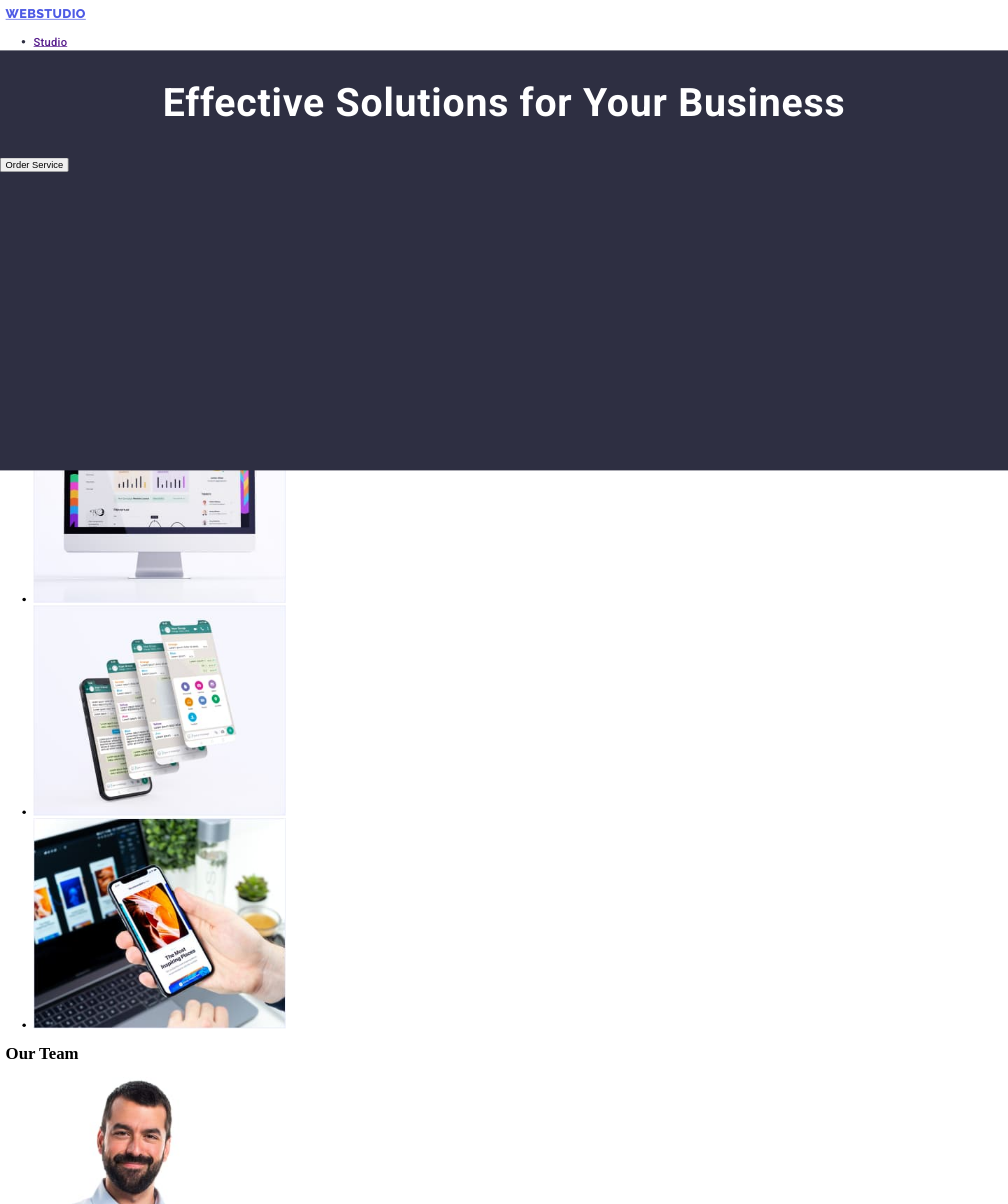
Repository: GrishchenkoNataliya/goit-markup-hw-02
Page: index.html
The author's editor kept a copy of each file at every save. The page is drawn from the files as they stood at one save, then again after the next save.
The browser window is 1280 px wide. The page is 1440 px wide, so the pictures cover 1440 px, including what lies to the right of the window. The pictures show the part of the page from y = 0 to 1720 px (the page is 3037 px tall), at 70% of full size.

Above is the page before, as saved 2023-03-04 00:23:57.

### index.html
<!DOCTYPE html>
<html lang="en">
  <head>
    <meta charset="UTF-8" />
    <meta http-equiv="X-UA-Compatible" content="IE=edge" />
    <meta name="viewport" content="width=device-width, initial-scale=1.0" />

    <link rel="preconnect" href="https://fonts.googleapis.com" />
    <link rel="preconnect" href="https://fonts.gstatic.com" crossorigin />
    <link
      href="https://fonts.googleapis.com/css2?family=Raleway:wght@800&family=Roboto+Mono:wght@600&family=Roboto:wght@400;500;700&display=swap"
      rel="stylesheet"
    />
    <link rel="stylesheet" href="./css/styles.css" />
    <title>homework_2</title>
  </head>
  <body class="body">
    <header class="header">
      <a class="header-logo" href="./index.html">WebStudio</a>
      <nav class="header-nav">
        <ul class="header-list">
          <li class="header-item">
            <a
              class="header-link"
              href=""
              target="_blank"
              rel="noopener noreferrer nofollow"
              >Studio</a
            >
          </li>
          <li class="header-item-portfolio">
            <a
              class="header-link"
              href="./portfolio/portfolio.html"
              target="_blank"
              rel="noopener noreferrer nofollow"
              >Portfolio</a
            >
          </li>
          <li class="header-item">
            <a
              class="header-link"
              href=""
              target="_blank"
              rel="noopener noreferrer nofollow"
              >Contacts</a
            >
          </li>
        </ul>
      </nav>
      <address class="address">
        <ul class="address-list">
          <li class="address-mail">
            <a href="mailto:info@devstudio.com">info@devstudio.com</a>
          </li>
          <li class="address-tel">
            <a href="tel:+110001111111">+11 (000) 111-11-11</a>
          </li>
        </ul>
      </address>
    </header>
    <main>
      <section class="hero">
        <h1 class="hero-title">Effective Solutions for Your Business</h1>
        <button class="hero-btn" type="button">Order Service</button>
        <!-- Dark-bg -->
      </section>
      <section class="feature1">
        <h2 hidden>Большой заголовок</h2>
        <ul class="feature1-list">
          <li class="feature1-item">
            <h3 class="feature1-title">Strategy</h3>
            <p class="feature1-text">
              Our goal is to identify the business problem to walk away with the
              perfect and creative solution.
            </p>
          </li>
          <li class="feature1-item">
            <h3 class="feature1-title">Punctuality</h3>
            <p class="feature1-text">
              Bring the key message to the brand's audience for the best price
              within the shortest possible time.
            </p>
          </li>
          <li class="feature1-item">
            <h3 class="feature1-title">Diligence</h3>
            <p class="feature1-text">
              Research and confirm brands that present the strongest digital
              growth opportunities and minimize risk.
            </p>
          </li>
          <li class="feature1-item">
            <h3 class="feature1-title">Technologies</h3>
            <p class="feature1-text">
              Design practice focused on digital experiences. We bring forth a
              deep passion for problem-solving.
            </p>
          </li>
        </ul>
      </section>
      <section class="feature2">
        <h2 class="feature2-title">What are we doing</h2>
        <ul class="feature2-list">
          <li class="feature2-item">
            <img
              src="./images/pages1/Rectangle71-1.jpg"
              alt="Rectangle 71-1"
              width="360"
            />
          </li>
          <li class="feature2-item">
            <img
              src="./images/pages1/Rectangle71-2.jpg"
              alt="Rectangle 71-2"
              width="360"
            />
          </li>
          <li class="feature2-item">
            <img
              src="./images/pages1/Rectangle71-3.jpg"
              alt="Rectangle 71-3"
              width="360"
            />
          </li>
        </ul>
      </section>
      <section>
        <h2>Our Team</h2>
        <ul>
          <li>
            <img
              src="./images/pages1/img1.jpg"
              alt="Mark Guerrero"
              width="264"
            />
            <h3>Mark Guerrero</h3>
            <p>Product Designer</p>
          </li>
          <li>
            <img src="./images/pages1/img2.jpg" alt="Tom Ford" width="264" />
            <h3>Tom Ford</h3>
            <p>Frontend Developer</p>
          </li>
          <li>
            <img
              src="./images/pages1/img3.jpg"
              alt="Camila Garcia"
              width="264"
            />
            <h3>Camila Garcia</h3>
            <p>Marketing</p>
          </li>
          <li>
            <img
              src="./images/pages1/img4.jpg"
              alt="Daniel Wilson"
              width="264"
            />
            <h3>Daniel Wilson</h3>
            <p>UI Designer</p>
          </li>
        </ul>
      </section>
    </main>
    <footer>
      <a href="./index.html">WebStudio</a>

      <p>
        Increase the flow of customers and sales for your business with digital
        marketing & growth solutions.
      </p>
      <!-- Dark-bg -->
    </footer>
  </body>
</html>

### css/styles.css
body {
  font-family: "Roboto Regular", sans-serif;
  font-family: open-;
}
/* @font-face {
  font-family: Roboto-500;
  src: url(../fonts/);
}
Підключення шрифта з папки fonts */

.header {
}
.header-nav {
}
.header-list {
}
.header-logo {
  font-family: "Raleway";
  font-style: normal;
  font-weight: 800;
  font-size: 18px;
  line-height: 1.33;

  display: flex;
  align-items: center;
  letter-spacing: 0.03em;
  text-transform: uppercase;

  color: #4d5ae5;
}
.header-list {
  font-family: "Roboto";
  font-style: normal;
  font-weight: 500;
  font-size: 16px;
  line-height: 1.5;
  letter-spacing: 0.02em;
  color: #2e2f42;
}

.address {
}
.address-list {
  font-family: "Roboto";
  font-style: normal;
  font-weight: 400;
  font-size: 16px;
  line-height: 1.5;
  letter-spacing: 0.02em;
  color: #434455;
}
.address-mail {
}
.address-tel {
}
.hero {
  position: absolute;
  width: 1440px;
  height: 600px;
  left: 0px;
  top: 72px;
  background: #2e2f42;
}
.hero-title {
  font-family: "Roboto";
  font-style: normal;
  font-weight: 700;
  font-size: 56px;
  line-height: 1.07;
  text-align: center;
  letter-spacing: 0.02em;
  color: #ffffff;
}
.hero-btn {
}

After the next save:
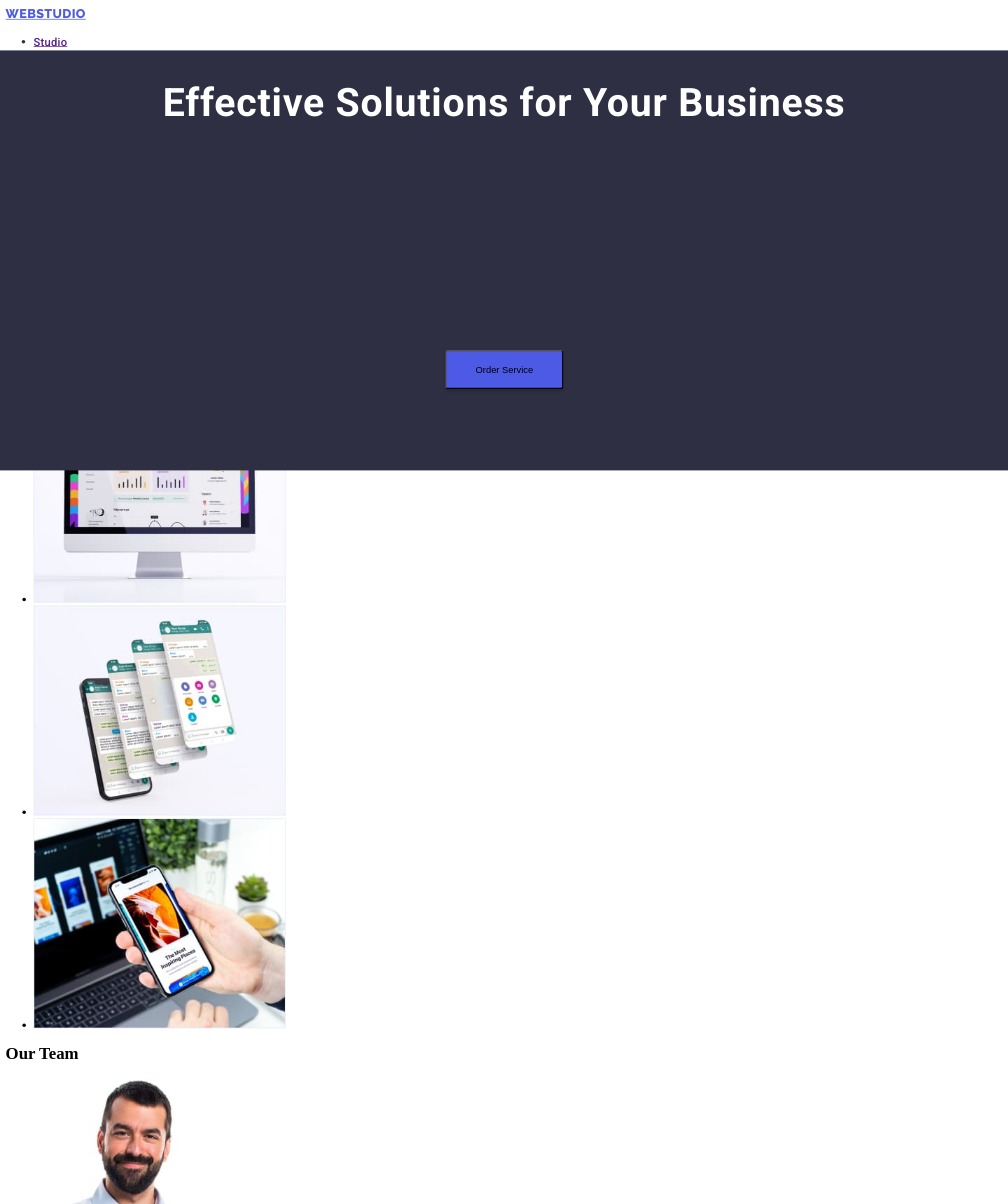
Saved 35 s later.
--- a/css/styles.css
+++ b/css/styles.css
@@ -72,4 +72,12 @@ body {
   color: #ffffff;
 }
 .hero-btn {
+  position: absolute;
+  width: 169px;
+  height: 56px;
+  left: 636px;
+  top: 428px;
+  background: #4d5ae5;
+  box-shadow: 0px 4px 4px rgba(0, 0, 0, 0.15);
+  border-radius: 4px;
 }
